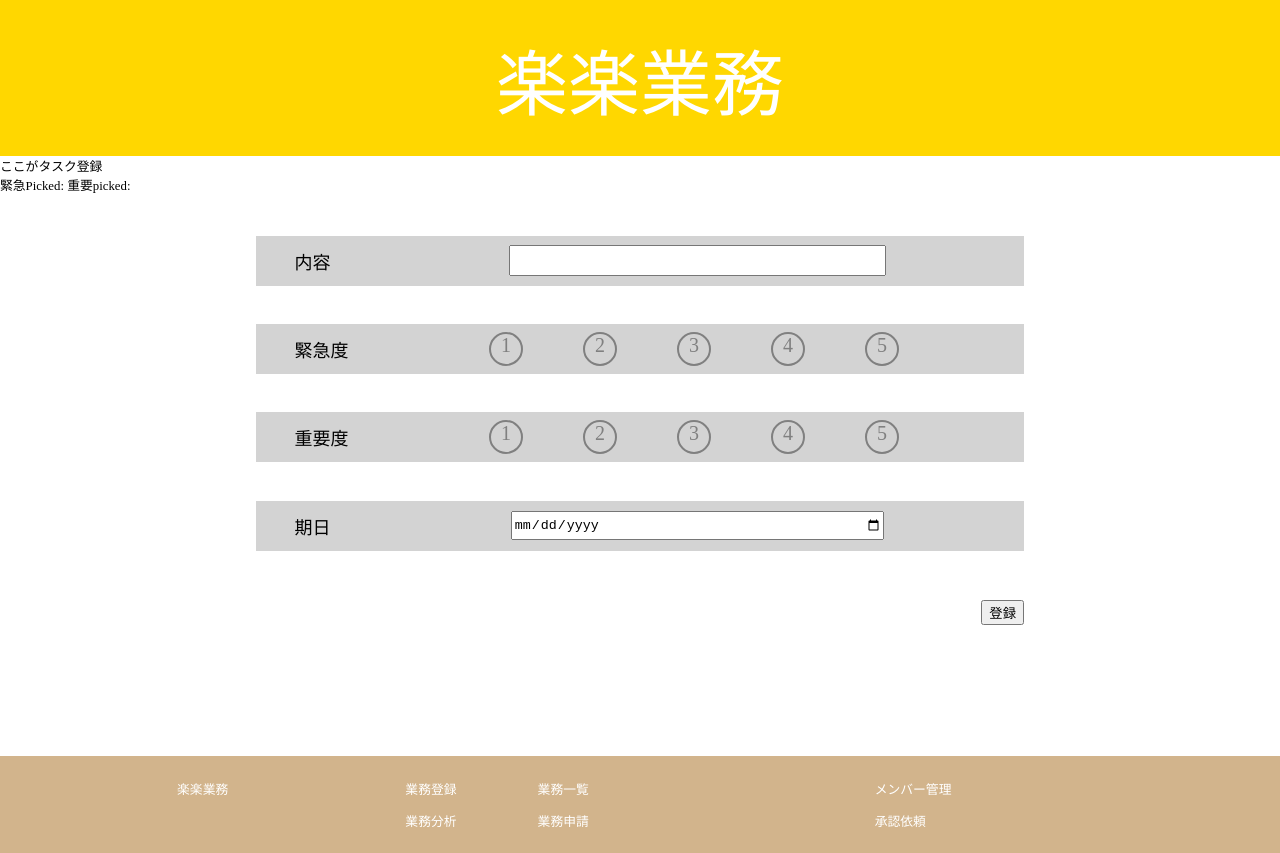
Repository: Reiya-1003/VueReplaceTask
Page: /#/register
These files come from the project's save history. The page is drawn as it stood at one moment and after a run of saves; the edit follows.
The browser window is 1280 px wide. The pictures show the whole page.
The project was rebuilt for these pictures with package versions that can differ from the ones it lists, and the page was loaded fresh each time. Also part of the build but not shown: vue.config.js, src/components/pages/PageHome.vue.

Above is the page before, as saved 2022-06-16 17:45:07.

### public/index.html
<!DOCTYPE html>
<html lang="">
  <head>
    <meta charset="utf-8">
    <meta http-equiv="X-UA-Compatible" content="IE=edge">
    <meta name="viewport" content="width=device-width,initial-scale=1.0">
    <link rel="icon" href="<%= BASE_URL %>favicon.ico">
    <link rel="stylesheet" href="style.css">
    <title><%= htmlWebpackPlugin.options.title %></title>
  </head>
  <body>
    <noscript>
      <strong>We're sorry but <%= htmlWebpackPlugin.options.title %> doesn't work properly without JavaScript enabled. Please enable it to continue.</strong>
    </noscript>
    <div id="app"></div>
    <!-- built files will be auto injected -->
  </body>
</html>

### src/main.js
import Vue from 'vue'
import App from './App.vue'
import router from './roter'
import { BootstrapVue, IconsPlugin } from 'bootstrap-vue'

Vue.config.productionTip = false


new Vue({
  router,
  render: h => h(App),
}).$mount('#app')

### src/App.vue
<template>
  <div>
      <PageHeader />

        <!-- <PageHome /> -->
        <router-view />

      <PageFooter />
  </div>
</template>

<script>
import PageHeader from "./components/modules/PageHeader";
import PageFooter from "./components/modules/PageFooter";


export default {
  name: 'App',
  components: {
    PageHeader,
    PageFooter,


  },

}
</script>

<style>

</style>

### src/roter.js
import Vue from 'vue'
import VueRouter from 'vue-router'
import Home from '@/components/pages/PageHome.vue'
import Register from '@/components/pages/PageRegister.vue'
import Edit from '@/components/pages/PageEdit.vue'




Vue.use(VueRouter)

export default new VueRouter({
  // デフォルトの挙動では URL に `#` が含まれる.
  // URL から hash を取り除くには `mode:history` を指定する
  // mode: 'history',
  base: __dirname,

  routes: [
    {
      path: '/',
      name: 'home',
      component: Home
    },
    {
      path: '/register',
      name: 'register',
      component: Register
    },
    {
      path: '/edit',
      name: 'edit',
      component: Edit
    },



  ]

})

### src/components/modules/PageHeader.vue
<template>
  <header id="headerblock">

    <h1 id="title" ><router-link to="/" >楽楽業務</router-link></h1>


  </header>
</template>

<script>
export default {
  name: 'PageHeader',

}
</script>


<style lang="scss" type="text/css">
  #headerblock{
    height: 10%;
    width: 100%;
    background-color: #ffd700;
    h1{
      margin: 0;
      text-align: center;
      padding: 2%;
      color: white;
      font-size: 10vh;
      font-weight: normal;
      a{
      cursor: pointer;
      color: inherit;
      text-decoration: none;
    }
    }


  }
</style>

### src/components/modules/PageFooter.vue
<template>
  <div id="footblock">

    <div class="flexitem1">
      <p><router-link to="/" >楽楽業務</router-link></p>
    </div>
    <div class="flexitem2">
      <div>
        <!-- roter-linkになると思う -->
        <p><router-link to="/register">業務登録</router-link></p>
        <p>業務分析</p>
      </div>
      <div class="item">
        <p>業務一覧</p>
        <p>業務申請</p>
      </div>
    </div>
    <div class="flexitem3">
      <p>メンバー管理</p>
      <p>承認依頼</p>
    </div>


  </div>
</template>

<script>
export default {
  name: 'PageFooter',

}
</script>


<style lang="scss" type="text/css">
  #footblock{
    background-color: #d2b48c;
    color: white;
    display: flex;
    justify-content: space-around;

    .flexitem1{
      width: 100%;
      text-align: center;
      padding-top: 10px;
      padding-bottom: 10px;
      a{
      cursor: pointer;
      color: inherit;
      text-decoration: none;
      }
    }
    .flexitem2{
      width: 100%;
      display: flex;
      padding-top: 10px;
      padding-bottom: 10px;
      justify-content: flex-start;
      a{
      cursor: pointer;
      color: inherit;
      text-decoration: none;
      }
      .item{
        padding-left: 20%;
      }
    }
    .flexitem3{
      padding-top: 10px;
      padding-bottom: 10px;
      padding-left: 5%;
      width: 100%;
      a{
      cursor: pointer;
      color: inherit;
      text-decoration: none;
      }
    }
  }
</style>

### src/components/pages/PageRegister.vue
<template>
  <div style="height: 600px">
    <div>ここがタスク登録</div>
    <span>緊急Picked: {{ Urgencypicked}}</span>
    <span>重要picked: {{picked}}</span>

    <div class="listbox">
      <div class="listitem">
        <span class="itemtitle">内容</span
        ><span class="item"><input type="text" class="textinput" /></span>
      </div>
      <div class="listradioitem">
        <span class="itemtitle">緊急度</span>
        <span class="item">
          <input type="radio" id="one" value="one" name="Urgency" class="radioinput" v-model="Urgencypicked"/><label
            for="one"
            >1</label>
          <input type="radio" id="two" value="two" name="Urgency" class="radioinput" v-model="Urgencypicked"/><label
            for="two"
            >2</label>
            <input type="radio" id="three" value="three" name="Urgency" class="radioinput" v-model="Urgencypicked"/><label
            for="three"
            >3</label>
            <input type="radio" id="four" value="four" name="Urgency" class="radioinput" v-model="Urgencypicked"/><label
            for="four"
            >4</label>
            <input type="radio" id="five" value="five" name="Urgency" class="radioinput" v-model="Urgencypicked"/><label
            for="five"
            >5</label>

        </span>
      </div>
      <div class="listradioitem">
        <span class="itemtitle">重要度</span>
        <span class="item">
          <input type="radio" id="imone" value="one" name="importance" class="radioinput" v-model="picked"/><label
            for="imone"
            >1</label>
          <input type="radio" id="imtwo" value="two" name="importance" class="radioinput" v-model="picked"/><label
            for="imtwo"
            >2</label>
            <input type="radio" id="imthree" value="three" name="importance" class="radioinput" v-model="picked"/><label
            for="imthree"
            >3</label>
            <input type="radio" id="imfour" value="four" name="importance" class="radioinput" v-model="picked"/><label
            for="imfour"
            >4</label>
            <input type="radio" id="imfive" value="five" name="importance" class="radioinput" v-model="picked"/><label
            for="imfive"
            >5</label>

        </span>
      </div>
      <div class="listitem">
        <span class="itemtitle">期日</span
        ><span class="item"><input type="date" class="dateinput" /></span>
      </div>
    </div>
    <div class="listbutton">
      <button>
        登録
      </button>
    </div>

  </div>
</template>

<script>
export default {
  name: "PageRegister",
  data(){
    return{
      Urgencypicked:"",
      picked:""
    }
  }
};
</script>

<style lang="scss" type="text/css">
.listbox {
  margin: 3px auto;
  height: 400px;
  width: 60%;
  display: flex;
  flex-direction: column;

  .listitem{
    .item {
      width: 80%;
      display: flex;
      justify-content: center;
      margin-left: 5%;
      .textinput {
        width: 60%;
        height: 25px;
       margin-left: 7%;
      }
      .dateinput {
        width: 60%;
        height: 25px;
        margin-left: 7%;
      }

  }
  }


  .listradioitem {
    height: 50px;
    display: flex;
    align-items: center;
    margin-top: 5%;
    background-color: lightgray;
    text-align: center;
    .itemtitle {
      margin-left: 5%;
      font-size: large;
    }
    .item {
      width: 80%;
      display: flex;
      justify-content: center;
      margin-left: 5%;

      .radioinput{
        display: none;

      }


label:hover {
background-color: #E2EDF9; /* マウスオーバー時の背景色を指定する */
}
label {
    display: block;
    float: left;
    margin: 5px;
    width: 30px;
    height: 30px;
    text-align: center;
    color: gray;
    cursor: pointer;
    border: 2px solid;
    border-radius: 50%;
    font-size: 20px;
    margin-left: 30px;
    margin-right: 30px;

}
:checked + label {
  color: #ffffff;
}




    }
  }
}

.listbutton{
    width: 80%;
    text-align: end;
  }
</style>

### src/components/pages/PageEdit.vue
<template>
  <div style="height: 600px">
    <div>ここがタスク編集</div>
    <span>緊急Picked: {{ Urgencypicked}}</span>
    <span>重要picked: {{picked}}</span>

    <div class="listbox">
      <div class="listitem">
        <span class="itemtitle">内容</span
        ><span class="item"><input type="text" class="textinput" /></span>
      </div>
      <div class="listradioitem">
        <span class="itemtitle">緊急度</span>
        <span class="item">
          <input type="radio" id="one" value="one" name="Urgency" class="radioinput" v-model="Urgencypicked"/><label
            for="one"
            >1</label>
          <input type="radio" id="two" value="two" name="Urgency" class="radioinput" v-model="Urgencypicked"/><label
            for="two"
            >2</label>
            <input type="radio" id="three" value="three" name="Urgency" class="radioinput" v-model="Urgencypicked"/><label
            for="three"
            >3</label>
            <input type="radio" id="four" value="four" name="Urgency" class="radioinput" v-model="Urgencypicked"/><label
            for="four"
            >4</label>
            <input type="radio" id="five" value="five" name="Urgency" class="radioinput" v-model="Urgencypicked"/><label
            for="five"
            >5</label>

        </span>
      </div>
      <div class="listradioitem">
        <span class="itemtitle">重要度</span>
        <span class="item">
          <input type="radio" id="imone" value="one" name="importance" class="radioinput" v-model="picked"/><label
            for="imone"
            >1</label>
          <input type="radio" id="imtwo" value="two" name="importance" class="radioinput" v-model="picked"/><label
            for="imtwo"
            >2</label>
            <input type="radio" id="imthree" value="three" name="importance" class="radioinput" v-model="picked"/><label
            for="imthree"
            >3</label>
            <input type="radio" id="imfour" value="four" name="importance" class="radioinput" v-model="picked"/><label
            for="imfour"
            >4</label>
            <input type="radio" id="imfive" value="five" name="importance" class="radioinput" v-model="picked"/><label
            for="imfive"
            >5</label>

        </span>
      </div>
      <div class="listitem">
        <span class="itemtitle">期日</span
        ><span class="item"><input type="date" class="dateinput" /></span>
      </div>
    </div>
  </div>
</template>

<script>
export default {
  name: "PageEdit",
  data(){
    return{
      Urgencypicked:"",
      picked:""
    }
  }
};
</script>

<style lang="scss" type="text/css">
.listbox {
  margin: 3px auto;
  height: 400px;
  width: 60%;
  display: flex;
  flex-direction: column;

  .listitem {
    height: 50px;
    display: flex;
    align-items: center;
    margin-top: 5%;
    background-color: lightgray;
    text-align: center;
    .itemtitle {
      margin-left: 5%;
      font-size: large;
    }
    .item {
      width: 80%;
      display: flex;
      justify-content: center;
      margin-left: 5%;
      .textinput {
        width: 60%;
        height: 25px;
      }
      .dateinput {
        width: 60%;
        height: 25px;
      }
      .radioinput{
        display: none;

      }


label:hover {
background-color: #E2EDF9; /* マウスオーバー時の背景色を指定する */
}
label {
    display: block;
    float: left;
    margin: 5px;
    width: 30px;
    height: 30px;
    text-align: center;
    color: gray;
    cursor: pointer;
    border: 2px solid;
    border-radius: 50%;
    font-size: 20px;
    margin-left: 30px;
    margin-right: 30px;

}
:checked + label {
  color: #ffffff;
}




    }
  }
}
</style>

### public/style.css
body{
  margin: 0;
  font-size: 1vmax;
}

After the next 2 saves:
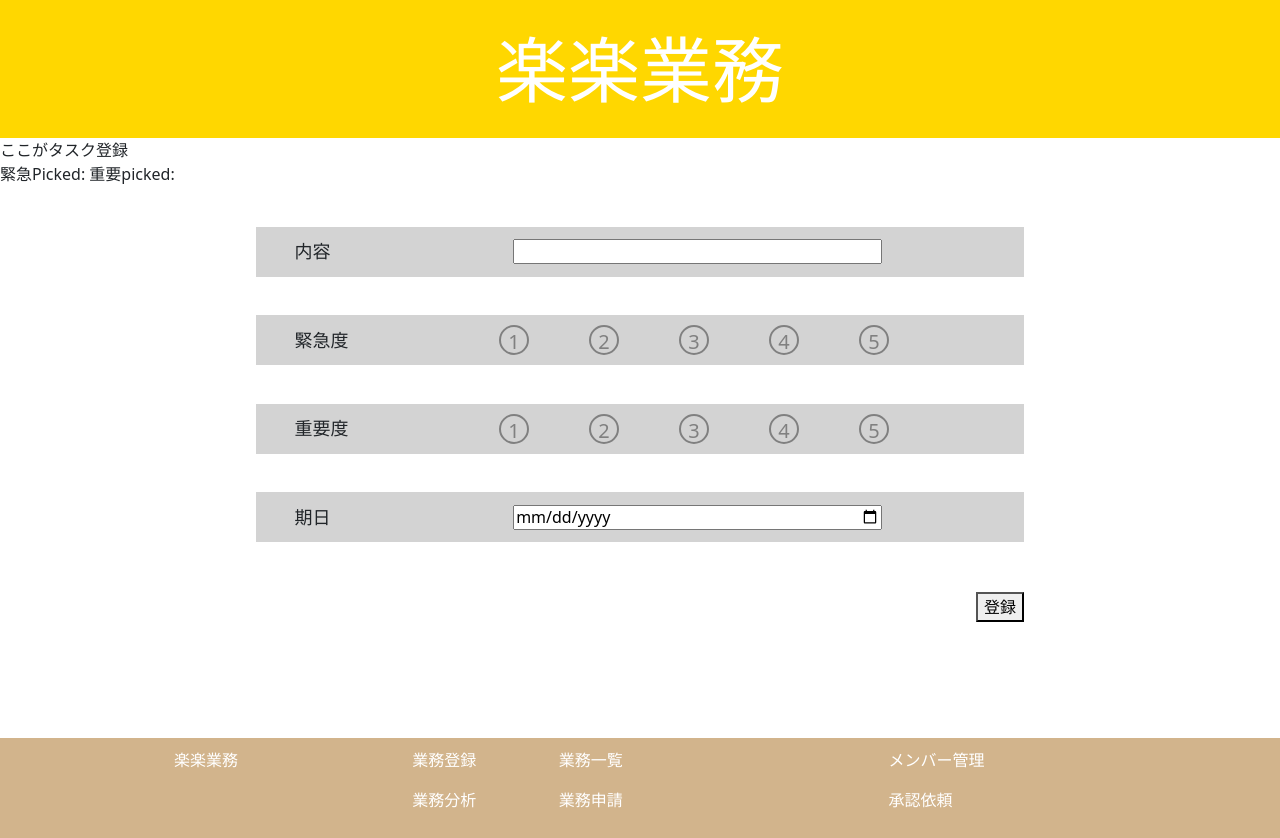
The 2 saves are shown as one change because they came seconds apart.
The last was saved 10 s later.
--- a/src/main.js
+++ b/src/main.js
@@ -2,8 +2,12 @@ import Vue from 'vue'
 import App from './App.vue'
 import router from './roter'
 import { BootstrapVue, IconsPlugin } from 'bootstrap-vue'
+import 'bootstrap/dist/css/bootstrap.css'
+import 'bootstrap-vue/dist/bootstrap-vue.css'
 
 Vue.config.productionTip = false
+
+
 
 
 new Vue({
